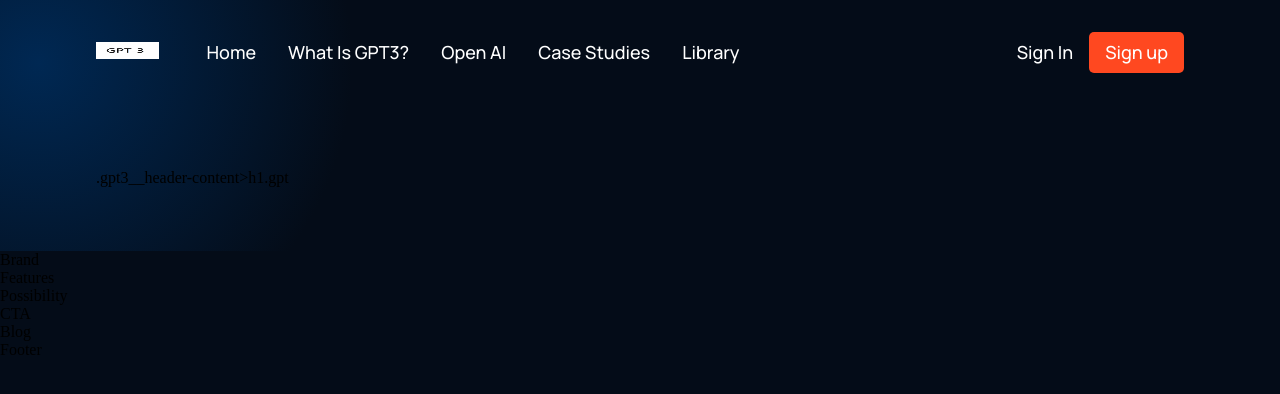
Repository: GeorgiosDev/OpenAI-Clone
Page: /
These files come from the project's save history. The page is drawn as it stood at one moment and after a run of saves; the edit follows.
The browser window is 1280 px wide. The pictures show the whole page.
The project was rebuilt for these pictures with package versions that can differ from the ones it lists, and the page was loaded fresh each time. Also part of the build but not shown: src/components/article/article.css, src/components/article/Article.jsx, src/components/cta/cta.css, src/components/feature/Feature.jsx, src/containers/blog/blog.css, src/containers/features/features.css, src/containers/footer/footer.css, src/containers/header/header.css and 2 more.

Above is the page before, as saved 2025-01-31 15:27:11.

### src/App.js
import "./App.css";
import {  Brand, Navbar, CTA } from "./components/index";
import {
  Blog,
  Features,
  Footer,
  Header,
  Possibility,
  WhatGPT,
} from "./containers/index";

function App() {
  return (
    <div className="App ">
      <div className="gradient__bg">
        <Navbar />
        <Header />
      </div>
      <Brand />
      <WhatGPT />
      <Features />
      <Possibility />
      <CTA />
      <Blog />
      <Footer />
    </div>
  );
}

export default App;

### src/components/index.js
export { default as Article } from "./article/Article";
export { default as Brand } from "./brand/Brand";
export { default as CTA } from "./cta/CTA";

export { default as Navbar } from "./navbar/Navbar";
export { default as Feauture } from "./feature/Feature";

### src/containers/index.js
export { default as Blog } from './blog/Blog';
export { default as Features  } from './features/Features';
export { default as Footer } from './footer/Footer';
export { default as Header } from './header/Header';
export { default as Possibility } from './possibility/Possibility';
export { default as WhatGPT } from './whatGPT/whatGPT';

### src/components/brand/Brand.jsx
import React from 'react'

const Brand = () => {
  return (
    <div>
      Brand
    </div>
  )
}

export default Brand

### src/components/cta/CTA.jsx
import React from 'react'
import "./cta.css"
const CTA = () => {
  return (
    <div>
      CTA
    </div>
  )
}

export default CTA

### src/components/navbar/Navbar.jsx
import React, { useState } from "react";
import { RiMenu3Line, RiCloseLine } from "react-icons/ri";
import logo from "../../assets/logo.png";
import "./navbar.css";

const Navbar = () => {
  const [toggleMenu, setToggleMenu] = useState(false);
  const Menu = () => {
    return (
      <>
        <p>
          <a href="#home">Home</a>
        </p>
        <p>
          <a href="#wgpt3">What is GPT3?</a>
        </p>
        <p>
          <a href="#possibility">Open AI</a>
        </p>
        <p>
          <a href="#features">Case Studies</a>
        </p>
        <p>
          <a href="#blog">Library</a>
        </p>
      </>
    );
  };

  return (
    <div className="gpt3__navbar">
      <div className="gpt3__navbar-links">
        <div className="gpt3__navbar-links_logo">
          <img src={logo} alt="logo" />
        </div>
        <div className="gpt3__navbar-links_container">
          <Menu />
        </div>
      </div>
      <div className="gpt3__navbar-sign">
        <p>Sign in</p>
        <button type="button">Sign up</button>
      </div>
      <div className="gpt3__navbar-menu">
        {toggleMenu ? (
          <RiCloseLine
            color="#fff"
            size={27}
            onClick={() => setToggleMenu(false)}
          />
        ) : (
          <RiMenu3Line
            color="#fff"
            size={27}
            onClick={() => setToggleMenu(true)}
          />
        )}
        {toggleMenu && (
          <div className="gpt3__navbar-menu_container scale-up-center">
            <div className="gpt3__navbar-menu_container-links">
              <Menu />
            </div>
            <div className="gpt3__navbar-menu_container-links-sign">
              <p>Sign in</p>
              <button type="button">Sign up</button>
            </div>
          </div>
        )}
      </div>
    </div>
  );
};

export default Navbar;

### src/containers/blog/Blog.jsx
import React from "react";
import "./blog.css";
const Blog = () => {
  return <div>Blog</div>;
};

export default Blog;

### src/containers/features/Features.jsx
import React from 'react'
import "./features.css"
const Features = () => {
  return (
    <div>
      Features
    </div>
  )
}

export default Features

### src/containers/footer/Footer.jsx
import React from 'react'
import "./footer.css"
const Footer = () => {
  return (
    <div>
      Footer
    </div>
  )
}
export default Footer

### src/containers/header/Header.jsx
import React from 'react'
import "./header.css"
const Header = () => {
  return (
    <div className='gpt3__header section__padding' id='home'>
      .gpt3__header-content>h1.gpt
    </div>
  )
}
export default Header

### src/containers/possibility/Possibility.jsx
import React from 'react'
import "./possibility.css"
const Possibility = () => {
  return (
    <div>
      Possibility
    </div>
  )
}

export default Possibility

### src/containers/whatGPT/whatGPT.jsx
import React from 'react'
import "./whatGPT.css"
const whatGPT = () => {
  return (
    <div>

    </div>
  )
}

export default whatGPT

### src/components/navbar/navbar.css
.gpt3__navbar {
    display: flex;
    justify-content: space-between;
    align-items: center;

    padding: 2rem 6rem;
}

.gpt3__navbar-links {
    flex: 1;
    display: flex;
    justify-content: flex-start;
    align-items: center;
}

.gpt3__navbar-links_logo {
    margin-right: 2rem;
}

.gpt3__navbar-links_logo img {
    width: 62.56px;
    height: 16.02px;
}

.gpt3__navbar-links_container {
    display: flex;
    flex-direction: row;
}

.gpt3__navbar-sign {
    display: flex;
    justify-content: flex-end;
    align-items: center;
}

.gpt3__navbar-links_container p,
.gpt3__navbar-sign p,
.gpt3__navbar-menu_container p {
    color: #fff;
    font-family: var(--font-family);
    font-weight: 500;
    font-size: 18px;
    line-height: 25px;
    text-transform: capitalize;

    margin: 0 1rem;
    cursor: pointer;
}

.gpt3__navbar-sign button,
.gpt3__navbar-menu_container button {
    padding: 0.5rem 1rem;
    color: #fff;
    background: #FF4820;
    font-family: var(--font-family);
    font-weight: 500;
    font-size: 18px;
    line-height: 25px;
    border: none;
    outline: none;
    cursor: pointer;
    border-radius: 5px;
}

.gpt3__navbar-menu {
    margin-left: 1rem;

    display: none;
    position: relative;
}

.gpt3__navbar-menu svg {
    cursor: pointer;
}

.gpt3__navbar-menu_container {
    display: flex;
    justify-content: flex-end;
    align-items: flex-end;
    flex-direction: column;

    text-align: end;
    background: var(--color-footer);
    padding: 2rem;
    position: absolute;
    right: 0;
    top: 40px;
    margin-top: 1rem;
    min-width: 210px;
    border-radius: 5px;
    box-shadow: 0px 0px 5px rgba(0,0, 0,0.2);
}

.gpt3__navbar-menu_container p {
    margin: 1rem 0;
}

.gpt3__navbar-menu_container-links-sign {
    display: none;
}

@media screen and (max-width: 1050px) {
    .gpt3__navbar-links_container {
        display: none;
    }

    .gpt3__navbar-menu {
        display: flex;
    }
}

@media screen and (max-width: 700px) {
    .gpt3__navbar {
        padding: 2rem 4rem;
    }
}

@media screen and (max-width: 550px) {
    .gpt3__navbar {
        padding: 2rem;
    }

    .gpt3__navbar-sign {
        display: none;
    }

    .gpt3__navbar-menu_container {
        top: 20px;
    }

    .gpt3__navbar-menu_container-links-sign {
        display: block;
    }
}

Loaded but not shown: src/index.js (common file); src/index.css (common file); src/App.css (common file)

After the next 3 saves:
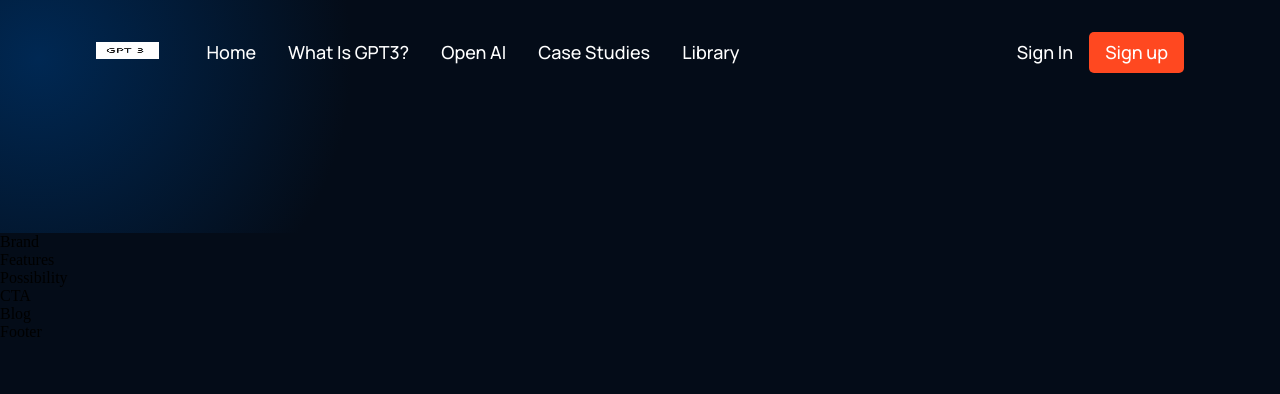
The 3 saves are shown as one change because they came seconds apart.
The last was saved 9 s later.
--- a/src/containers/header/Header.jsx
+++ b/src/containers/header/Header.jsx
@@ -3,7 +3,9 @@
 const Header = () => {
   return (
     <div className='gpt3__header section__padding' id='home'>
-      .gpt3__header-content>h1.gpt
+      <div className="gpt3__header-content">
+        <h1 className="gradient__text"></h1>
+      </div>
     </div>
   )
 }
